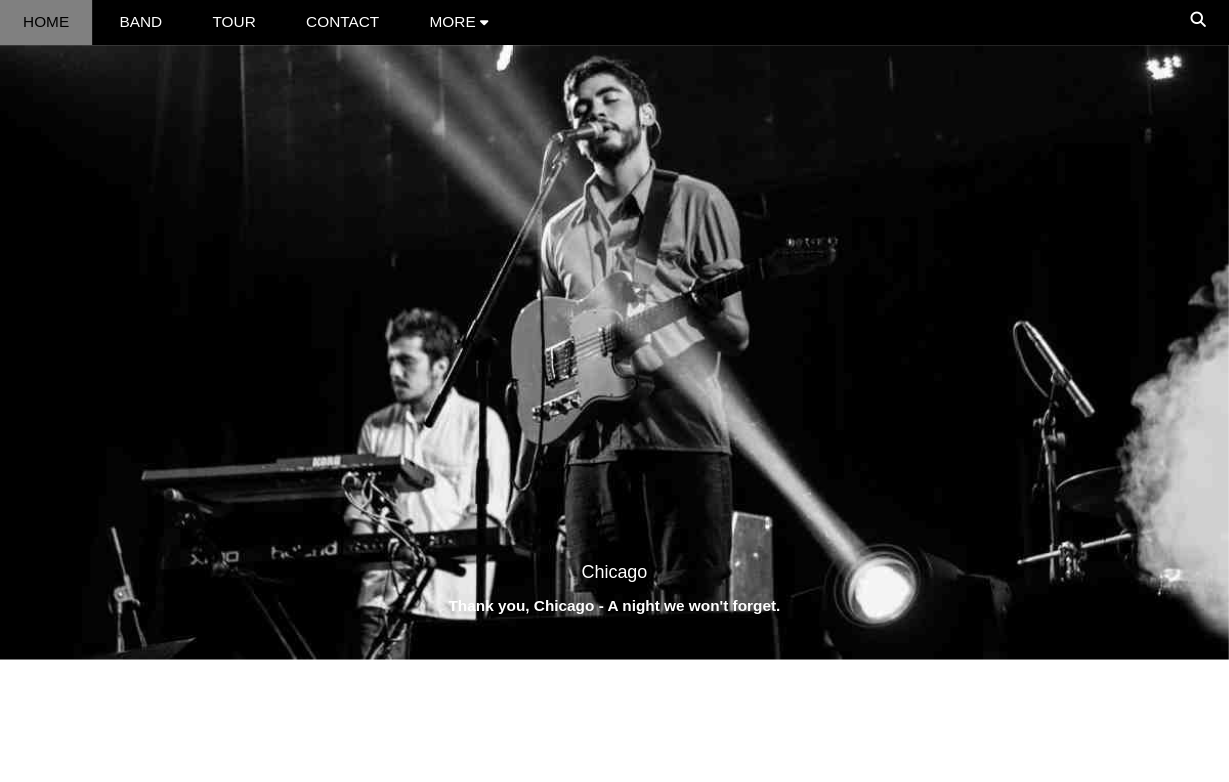
Repository: ngotranphuongbao/theband
Page: index.html
These files come from the project's save history. The page is drawn as it stood at one moment and after the next save; the edit follows.
The browser window is 1280 px wide. The pictures show the whole page, at 96% of full size.
Some web libraries are served in a nearby version.

Above is the page before, as saved 2022-12-21 08:15:41.

After the next save:
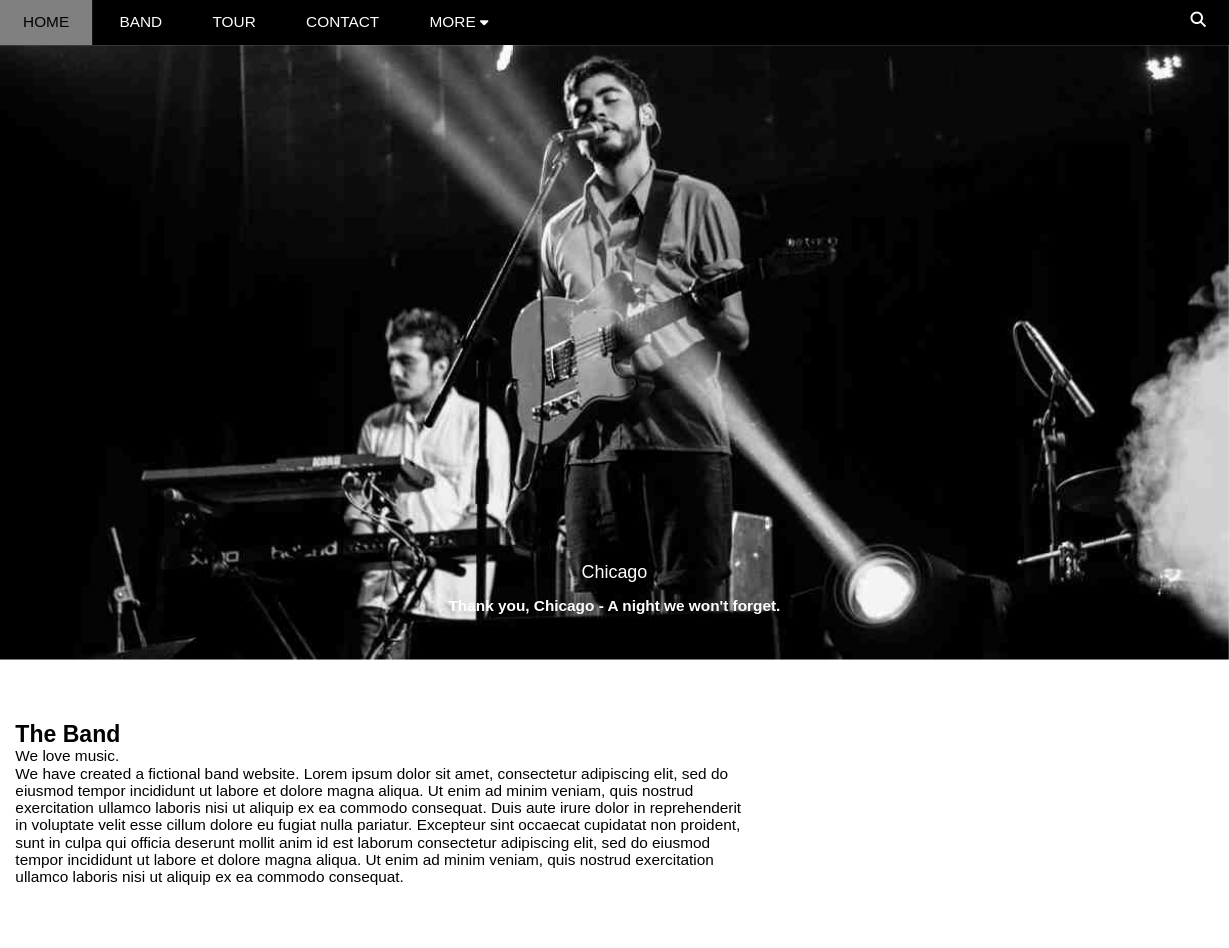
Saved 111 s later.
--- a/index.html
+++ b/index.html
@@ -44,9 +44,11 @@
         <div id="content">
             <div id="the-band">
                 <div class="section-name">
-                    <h2 class="section-title"></h2>
-                    <p class="section-subtitle"></p>
+                    <h2 class="section-title">The Band</h2>
+                    <p class="section-subtitle">We love music.</p>
                 </div>
+                <p class="the-band-content">We have created a fictional band website. Lorem ipsum dolor sit amet, consectetur adipiscing elit, sed do eiusmod tempor incididunt ut labore et dolore magna aliqua. Ut enim ad minim veniam, quis nostrud exercitation ullamco laboris nisi ut aliquip ex ea commodo consequat. Duis aute irure dolor in reprehenderit in voluptate velit esse cillum dolore eu fugiat nulla pariatur. Excepteur sint occaecat cupidatat non proident, sunt in culpa qui officia deserunt mollit anim id est laborum consectetur adipiscing elit, sed do eiusmod tempor incididunt ut labore et dolore magna aliqua. Ut enim ad minim veniam, quis nostrud exercitation ullamco laboris nisi ut aliquip ex ea commodo consequat.</p>
+
             </div>
 
             <div id="tour-dates">
